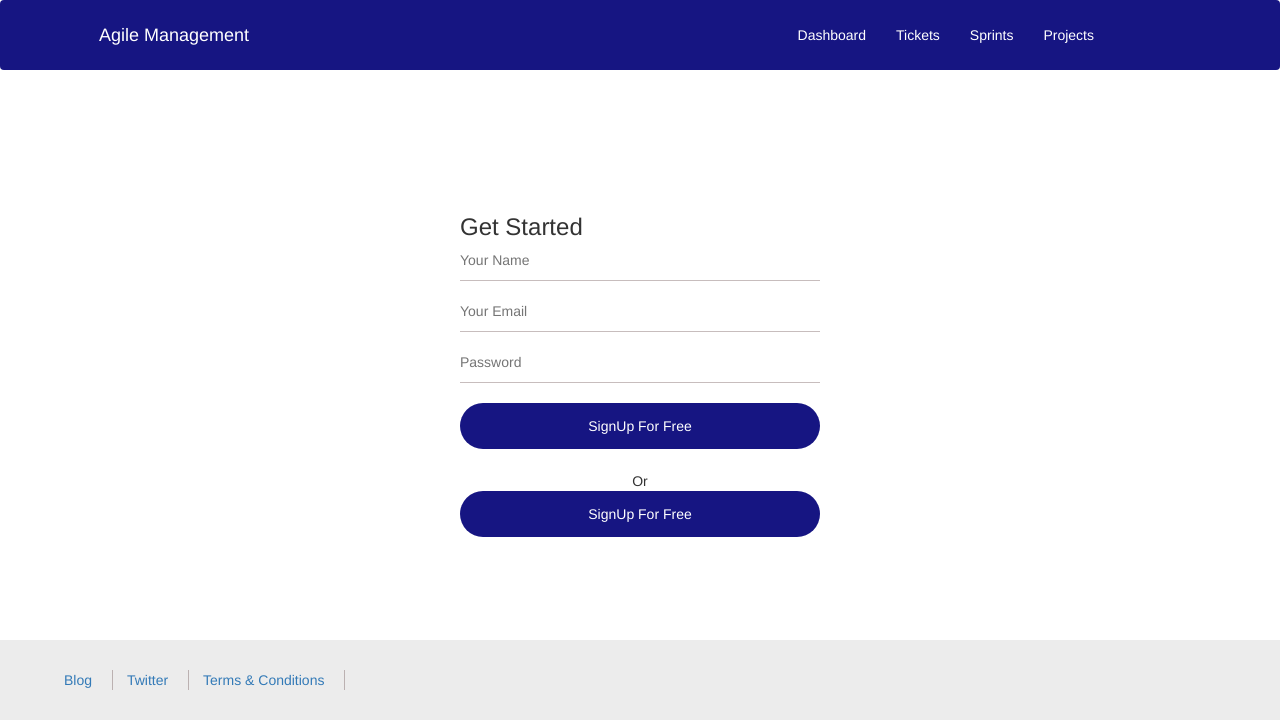
Repository: princexavier/agil
Page: http://localhost/Agile/
An editor plug-in stored every save of this project. The page is shown before and after the next save, followed by the edit.
The browser window is 1280 px wide. The pictures show the whole page.
Some web libraries are served in a nearby version. The page is served by Tomcat 9. Other server files are loaded and not shown.

Above is the page before, as saved 2018-01-19 04:57:46.

### workspace/Agile/WebContent/index.jsp
<%@ page language="java" contentType="text/html; charset=ISO-8859-1"
	pageEncoding="ISO-8859-1"%>
<!DOCTYPE html>
<html lang="en">

<head>
    <meta charset="UTF-8">
    <title>Registration</title>
    <link rel="stylesheet" href="https://maxcdn.bootstrapcdn.com/bootstrap/3.3.7/css/bootstrap.min.css">
    <!-- jQuery library -->
    <script src="https://ajax.googleapis.com/ajax/libs/jquery/3.2.1/jquery.min.js"></script>
    <!-- Latest compiled JavaScript -->
    <script src="https://maxcdn.bootstrapcdn.com/bootstrap/3.3.7/js/bootstrap.min.js"></script>
    <link rel="stylesheet" href="css/style.css">
    <link rel="stylesheet" href="https://maxcdn.bootstrapcdn.com/font-awesome/4.7.0/css/font-awesome.min.css">
</head>

<body>
    <header>
        <nav class="navbar navbar-default">
            <div class="container-fluid">
                <div class="navbar-header">
                    <a class="navbar-brand" href="#">Agile Management</a>
                </div>
                <ul class="nav navbar-nav">
                    <li class="active"><a href="#">Dashboard</a></li>
                    <li><a href="ticket.html">Tickets</a></li>
                    <li><a href="ticket.html">Sprints</a></li>
                    <li><a href="#">Projects</a></li>
                </ul>
            </div>
        </nav>
    </header>

    <div class="container">
    	<div class="row">
    		<div class="col-md-4"></div>
    		<div class="col-md-4">
    			<form action=""class="reg-form">
    				<h3>Get Started</h3>
    				<input type="text" placeholder="Your Name">
    				<input type="text" placeholder="Your Email">
    				<input type="text" placeholder="Password">
    				<button class="sign-up">SignUp For Free</button>
    				<span>Or</span>
    			    <button class="sign-up">SignUp For Free</button>
    			</form>
    		</div>
    		<div class="col-md-4"></div>
    	</div>
    </div>
    <footer>
        <ul class="foot-content">
            <li>
                <a href="#">Blog</a>
            </li>
            <li>
                <a href="#">Twitter</a>
            </li>
            <li>
                <a href="#">Terms & Conditions</a>
            </li>
        </ul>
    </footer>
</body>

</html>

### workspace/Agile/WebContent/css/style.css
* {
	margin: 0px;
	padding: 0px;
	text-decoration: none;
	list-style-type: none;
}

a:hover {
	text-decoration: none;
}

.reg-form {
	margin-top: 40%;
}

.sign-up {
	outline:none;
	border: none;
	display: block;
	width: 100%;
	padding: 13px;
	border-radius: 40px;
	background: #161582;
	color: #fff;
}
.reg-form >span{
	display:block;
	padding-top:22px;
	text-align:center;
}
.reg-form input {
	cursor: pointer;
	padding-bottom: 10px;
	margin-bottom: 20px;
	outline: none;
	display: block;
	width: 100%;
	border: none;
	border-bottom: 1px solid #c7bdbd;
	transition: 0.8s ease;
}

.reg-form input:focus {
	border-bottom: 1px solid #161582;
}

.divider-1 {
	display: inline-block;
	width: calc(100%/ 1);
	float: left;
}

.divider-2 {
	display: inline-block;
	width: calc(100%/ 2);
	float: left;
}

.color {
	color: #161582;
	padding-right: 5px;
	cursor: pointer;
	transition: 0.2s ease-in-out;
}

.color:hover {
	color: #16158261;
}

.clearfix:after {
	content: "";
	display: block;
	clear: both;
}

.navbar-nav {
	float: right;
	margin-right: 100px;
}

.navbar-default {
	border: none;
	padding: 10px 56px 10px 84px;
	background: #161582;
	margin-bottom: 0px;
}

.navbar-brand,.navbar-nav>li>a {
	color: #fff !important;
}

nav .active a {
	background-color: transparent !important;
}

.dashboard {
	padding: 20px 0px;
	background: #ececec;
}

.dash-title {
	padding-left: 111px;
}

.auth {
	background: #ececec;
	padding: 20px;
}

.left-content>span {
	display: block;
}

.lab-title {
	padding: 20px 0px;
}

.bg {
	margin-top: 20px;
	padding: 10px 0px;
	background: #a6e4a6;
}

.bg a>button {
	float: right;
	margin-right: 20px;
	border: none;
}

footer {
	position: fixed;
	bottom: 0px;
	width: 100%;
	padding: 20px 0px;
	background: #ececec;
}

.right-bor {
	border-right: 1px solid #ececec;
}

.foot-content:first-child {
	margin-left: 64px;
	margin-top: 10px;
}

.foot-content li {
	border-right: 1px solid #a79a9ab8;
	padding-right: 20px;
	display: inline-block;
	margin-right: 10px;
}

.bar {
	width: 90%;
	background: #ececec;
	border-left: 10px solid blue;
}

.bar>span {
	float: right;
}

/*Ticket page style */
.btn-style {
	border: none;
	color: #fff;
	outline: none;
	background: #161582;
	transition: 0.5s ease-in-out;
}

.first-btn {
	margin-left: 150px
}

.btn-style:hover {
	background: #161582a8;
}

.icon-style {
	padding-right: 10px;
}

.events {

}

.list-style {
	padding: 10px 0px;
}

/*New ticket page style*/
.cs-btn {
	padding: 11px 10px;
	margin-left: 150px;
	color: #ffff;
	background: #161582;
	transition: 0.5s ease-in-out;
}

.cs-btn:hover {
	background: #1615825c;
	color: #fff;
}

textarea {
	resize: none;
}

.nav-tabs {
	margin-bottom: 50px;
}

label {
	font-weight: 300;
}

.btn-primary {
	background-color: #161582;
}

#menu4>p {
	padding: 20px 10px;
	background: #ececec;
	margin-bottom: 40px;
}

input[type="date"] {
	border-radius: 4px;
}

After the next save:
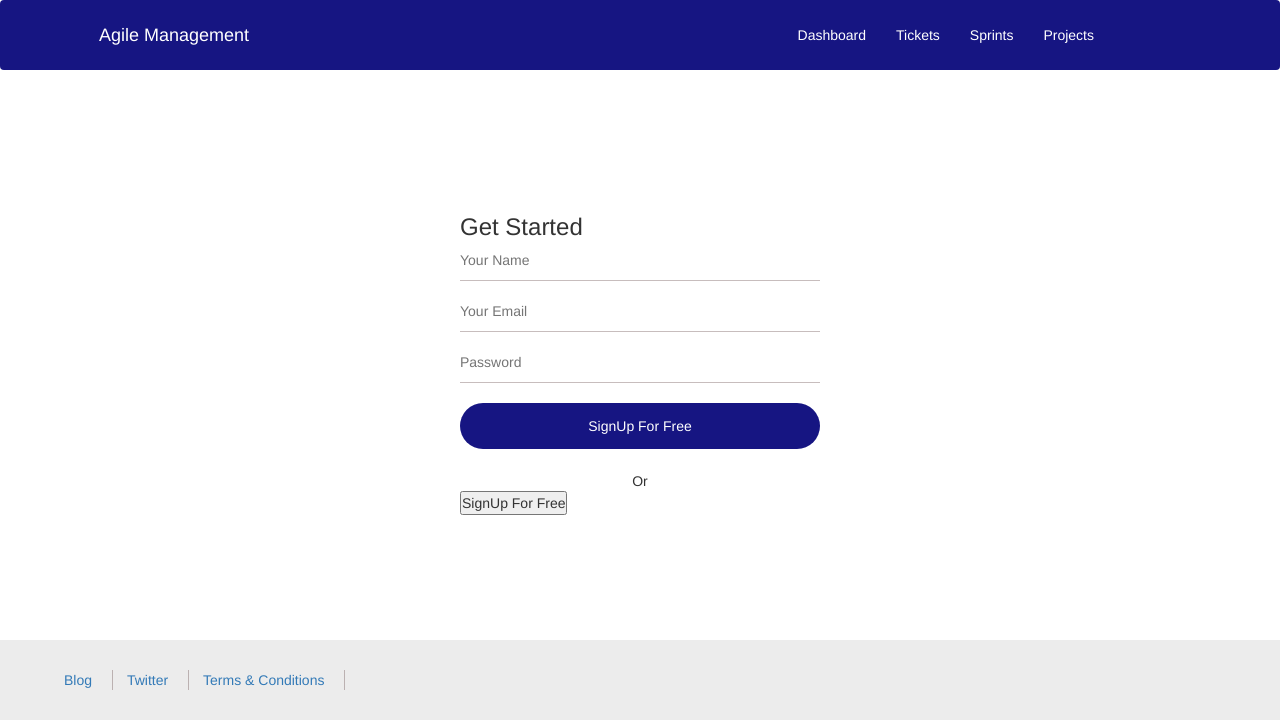
Saved 4 s later.
--- a/workspace/Agile/WebContent/index.jsp
+++ b/workspace/Agile/WebContent/index.jsp
@@ -43,7 +43,7 @@
     				<input type="text" placeholder="Password">
     				<button class="sign-up">SignUp For Free</button>
     				<span>Or</span>
-    			    <button class="sign-up">SignUp For Free</button>
+    			    <button class="login">SignUp For Free</button>
     			</form>
     		</div>
     		<div class="col-md-4"></div>
